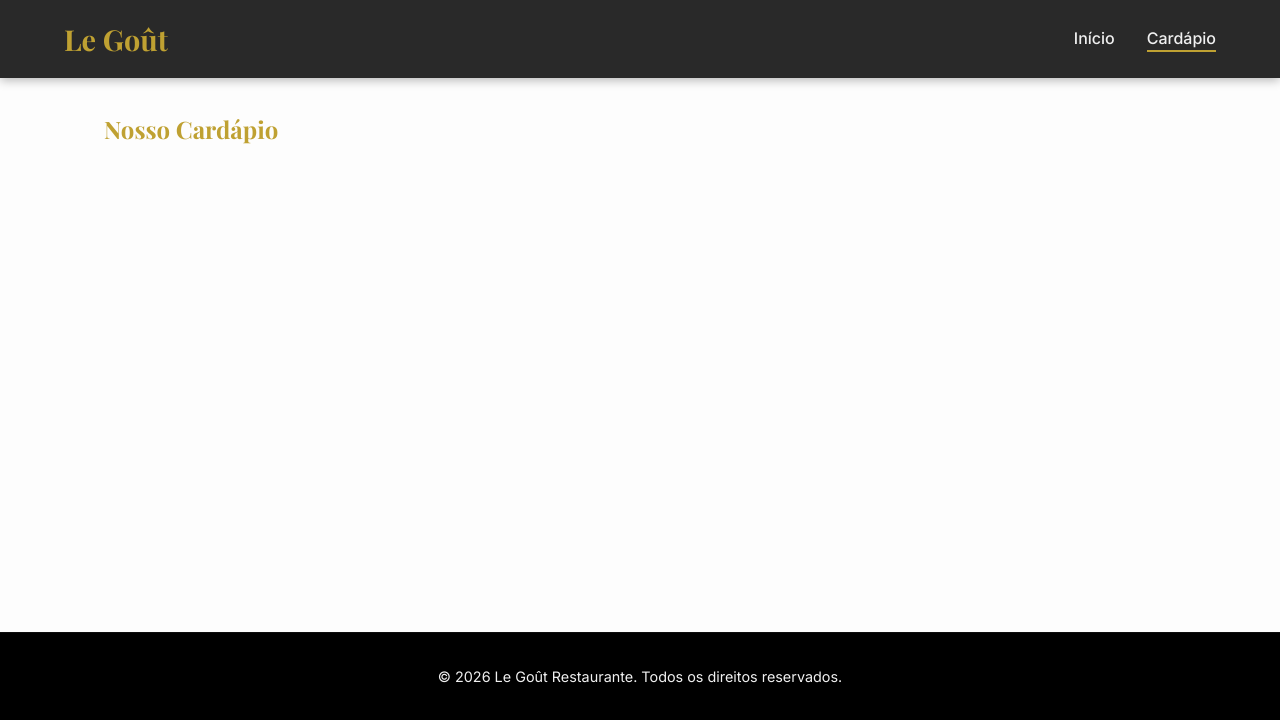
Repository: leandroFilipy/FE-refazendo-prova
Page: menu.html
The author's editor kept a copy of each file at every save. The page is drawn from the files as they stood at one save, then again after a run of saves.
The browser window is 1280 px wide. The pictures show the whole page.
The page's requests for data from a server got no answer.

Above is the page before, as saved 2026-05-25 21:07:32.

After the next 3 saves:
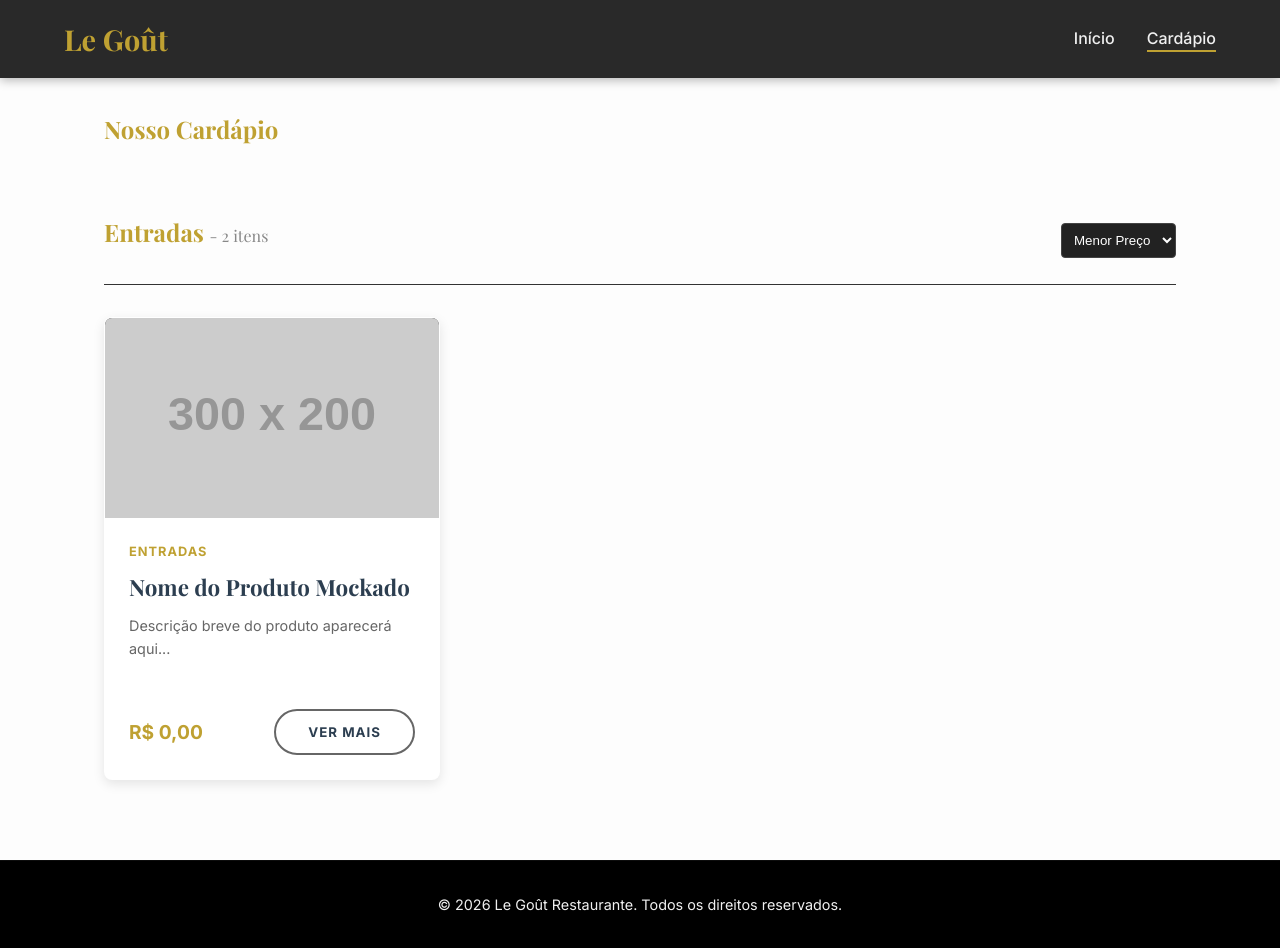
Console error: SyntaxError: Unexpected token '}'
The 3 saves are shown as one change because they came seconds apart.
The last was saved 8 s later.
--- a/app.js
+++ b/app.js
@@ -229,6 +229,6 @@
     const container = document.querySelector("#info-prato-view")
     const query = new URLSearchParams(window.location.search)
     const actualId = query.get("id")
-
+    const resposta =
 
 }

After the save that followed:
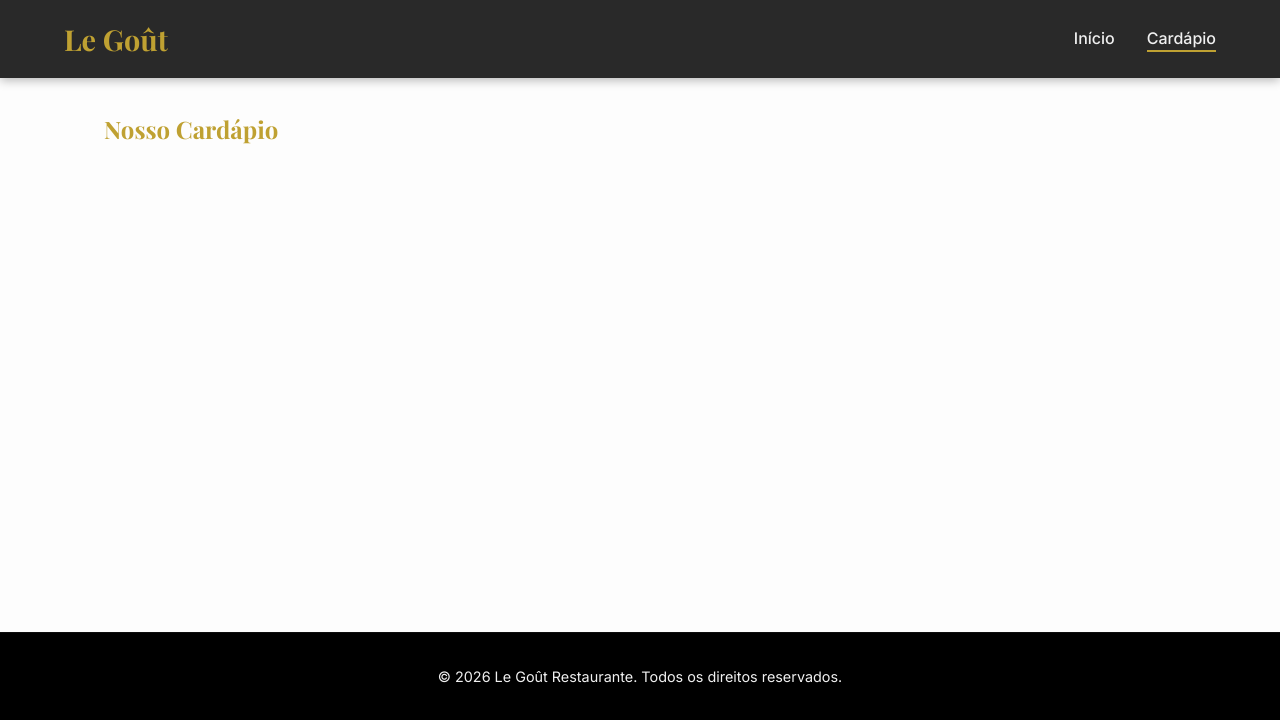
The error is gone.
Saved 4 s later.
--- a/app.js
+++ b/app.js
@@ -229,6 +229,6 @@
     const container = document.querySelector("#info-prato-view")
     const query = new URLSearchParams(window.location.search)
     const actualId = query.get("id")
-    const resposta =
+    const resposta = await fetch("")
 
 }
